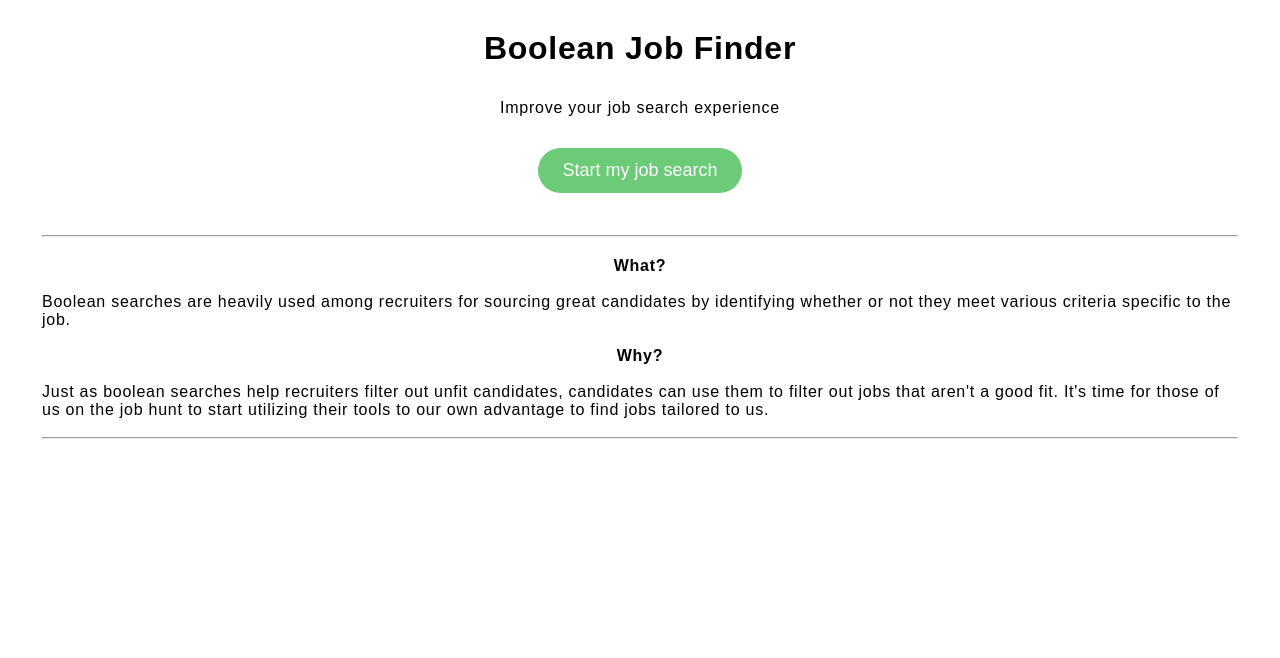
Repository: Rthompson2548/boolean-job-searcher
Page: /
An editor plug-in stored every save of this project. The page is shown before and after the next save, followed by the edit.
The browser window is 1280 px wide. The pictures show the whole page.
The project was rebuilt for these pictures with package versions that can differ from the ones it lists, and the page was loaded fresh each time.

Above is the page before, as saved 2022-04-05 14:33:36.

After the next save:
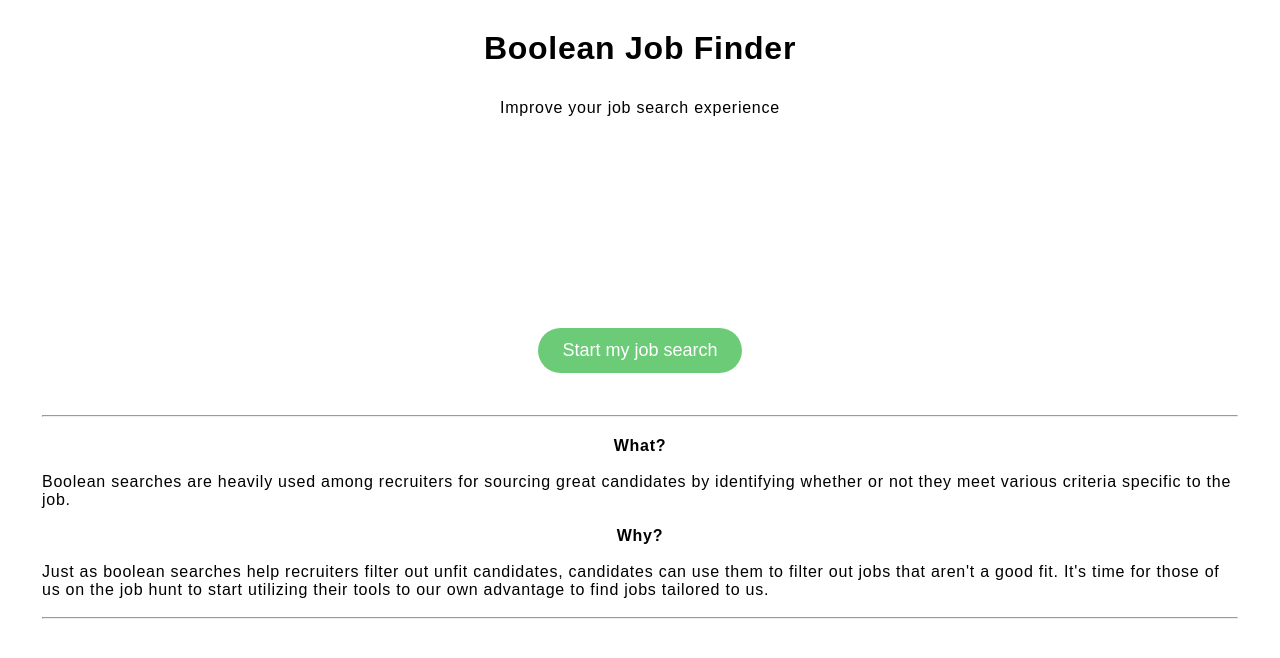
Saved 5 s later.
--- a/src/styles.css
+++ b/src/styles.css
@@ -61,7 +61,7 @@ hr {
   font-size: 18px;
   vertical-align: middle;
   padding: 12px 24px;
-  margin-top: 24px;
+  margin-top: 204px;
 }
 
 .pick-a-category-txt {
